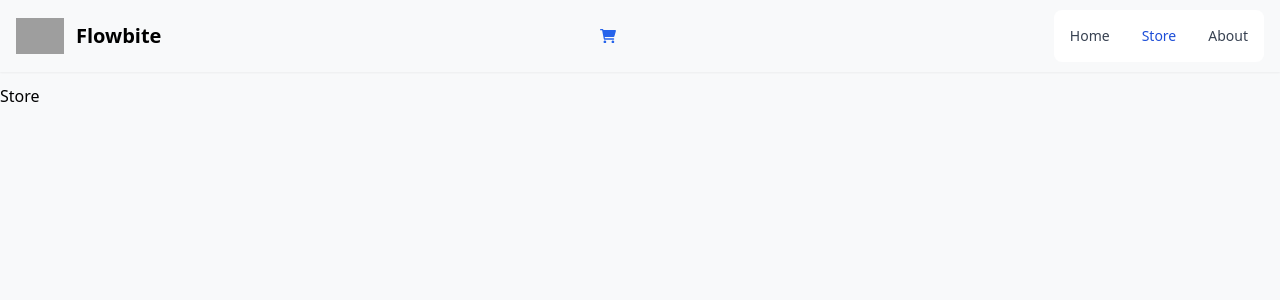
Repository: ducanhaep/react-ts-shopping-cart
Page: /store
An editor plug-in stored every save of this project. The page is shown before and after the next save, followed by the edit.
The browser window is 1280 px wide. The pictures show the whole page.
Pictures or frames that could not be fetched are drawn as grey boxes. The project was rebuilt for these pictures with package versions that can differ from the ones it lists, and the page was loaded fresh each time. Also part of the build but not shown: vite.config.ts, src/pages/About.js, src/pages/Home.js.

Above is the page before, as saved 2023-01-11 17:28:12.

### src/App.tsx
import { Routes, Route } from "react-router-dom";
import { About } from "./pages/About";
import { Home } from "./pages/Home";
import { Store } from "./pages/Store";
import { Navbar } from "./components/Navbar";
function App() {
  return (
    <>
      <Navbar />
      <div className="container mb-4">
        <Routes>
          <Route path="/" element={<Home />} />
          <Route path="/store" element={<Store />} />
          <Route path="/about" element={<About />} />
        </Routes>
      </div>
    </>
  );
}

export default App;

### src/index.css
@tailwind base;
@tailwind components;
@tailwind utilities;
:root {
  font-synthesis: none;
  text-rendering: optimizeLegibility;
  -webkit-font-smoothing: antialiased;
  -moz-osx-font-smoothing: grayscale;
  -webkit-text-size-adjust: 100%;
}

/* Box sizing rules */
*,
*::before,
*::after {
  box-sizing: border-box;
}

/* Remove default margin */
body,
h1,
h2,
h3,
h4,
p,
figure,
blockquote,
dl,
dd {
  margin: 0;
}

/* Remove list styles on ul, ol elements with a list role, which suggests default styling will be removed */
ul[role="list"],
ol[role="list"] {
  list-style: none;
}

/* Set core root defaults */
html:focus-within {
  scroll-behavior: smooth;
}

/* Set core body defaults */
body {
  min-height: 100vh;
  text-rendering: optimizeSpeed;
  line-height: 1.5;
  background-color: #f8f9fa;
}

input,
button,
textarea,
select {
  font: inherit;
}

### src/components/Navbar.tsx
import { Link, NavLink } from "react-router-dom";

export function Navbar() {
  return (
    <div className="shadow-sm mb-3">
      <nav className="containerbg-white border-gray-200 px-2 sm:px-4 py-2.5 rounded dark:bg-gray-900">
        <div className="container flex flex-wrap items-center justify-between mx-auto">
          <a href="#" className="flex items-center">
            <img
              src="https://flowbite.com/docs/images/logo.svg"
              className="h-6 mr-3 sm:h-9"
              alt="Flowbite Logo"
            />
            <span className="self-center text-xl font-semibold whitespace-nowrap dark:text-white">
              Flowbite
            </span>
          </a>
          <button
            data-collapse-toggle="navbar-default"
            type="button"
            // className="inline-flex items-center p-2 ml-3 text-sm text-gray-500 rounded-lg md:hidden hover:bg-gray-100 focus:outline-none focus:ring-2 focus:ring-gray-200 dark:text-gray-400 dark:hover:bg-gray-700 dark:focus:ring-gray-600"
            className="w-4 h-4 text-blue-600"
            aria-controls="navbar-default"
            aria-expanded="false"
          >
            <span className="sr-only">Open main menu</span>
            <svg
              xmlns="http://www.w3.org/2000/svg"
              viewBox="0 0 576 512"
              fill="currentColor"
            >
              <path d="M96 0C107.5 0 117.4 8.19 119.6 19.51L121.1 32H541.8C562.1 32 578.3 52.25 572.6 72.66L518.6 264.7C514.7 278.5 502.1 288 487.8 288H170.7L179.9 336H488C501.3 336 512 346.7 512 360C512 373.3 501.3 384 488 384H159.1C148.5 384 138.6 375.8 136.4 364.5L76.14 48H24C10.75 48 0 37.25 0 24C0 10.75 10.75 0 24 0H96zM128 464C128 437.5 149.5 416 176 416C202.5 416 224 437.5 224 464C224 490.5 202.5 512 176 512C149.5 512 128 490.5 128 464zM512 464C512 490.5 490.5 512 464 512C437.5 512 416 490.5 416 464C416 437.5 437.5 416 464 416C490.5 416 512 437.5 512 464z" />
            </svg>
          </button>
          <div className="hidden w-full md:block md:w-auto" id="navbar-default">
            <ul className="flex flex-col p-4 mt-4 border border-gray-100 rounded-lg bg-gray-50 md:flex-row md:space-x-8 md:mt-0 md:text-sm md:font-medium md:border-0 md:bg-white dark:bg-gray-800 md:dark:bg-gray-900 dark:border-gray-700">
              <li>
                <NavLink
                  to="/"
                  className={({ isActive }) =>
                    isActive
                      ? "text-white bg-blue-700 rounded md:bg-transparent md:text-blue-700 md:p-0 dark:text-white"
                      : "block py-2 pl-3 pr-4 text-gray-700 rounded hover:bg-gray-100 md:hover:bg-transparent md:border-0 md:hover:text-blue-700 md:p-0 dark:text-gray-400 md:dark:hover:text-white dark:hover:bg-gray-700 dark:hover:text-white md:dark:hover:bg-transparent"
                  }
                  aria-current="page"
                >
                  Home
                </NavLink>
              </li>
              <li>
                <NavLink
                  to="store"
                  className={({ isActive }) =>
                    isActive
                      ? "text-white bg-blue-700 rounded md:bg-transparent md:text-blue-700 md:p-0 dark:text-white"
                      : "block py-2 pl-3 pr-4 text-gray-700 rounded hover:bg-gray-100 md:hover:bg-transparent md:border-0 md:hover:text-blue-700 md:p-0 dark:text-gray-400 md:dark:hover:text-white dark:hover:bg-gray-700 dark:hover:text-white md:dark:hover:bg-transparent"
                  }
                >
                  Store
                </NavLink>
              </li>
              <li>
                <NavLink
                  to="about"
                  className={({ isActive }) =>
                    isActive
                      ? "text-white bg-blue-700 rounded md:bg-transparent md:text-blue-700 md:p-0 dark:text-white"
                      : "block py-2 pl-3 pr-4 text-gray-700 rounded hover:bg-gray-100 md:hover:bg-transparent md:border-0 md:hover:text-blue-700 md:p-0 dark:text-gray-400 md:dark:hover:text-white dark:hover:bg-gray-700 dark:hover:text-white md:dark:hover:bg-transparent"
                  }
                >
                  About
                </NavLink>
              </li>
            </ul>
          </div>
        </div>
      </nav>
    </div>
  );
}

### tailwind.config.cjs
/** @type {import('tailwindcss').Config} */
module.exports = {
  content: ["./index.html", "./src/**/*.{js,ts,jsx,tsx}"],
  theme: {
    container: {
      center: true,
    },
    extend: {},
  },
  plugins: [],
};

Loaded but not shown: index.html (common file); src/main.tsx (common file); src/pages/Store.js (common file)

After the next save:
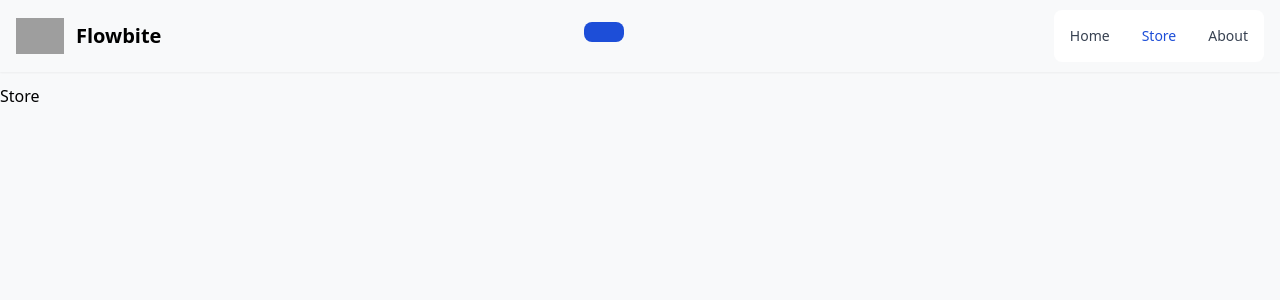
Saved 98 s later.
--- a/src/components/Navbar.tsx
+++ b/src/components/Navbar.tsx
@@ -19,7 +19,7 @@ export function Navbar() {
             data-collapse-toggle="navbar-default"
             type="button"
             // className="inline-flex items-center p-2 ml-3 text-sm text-gray-500 rounded-lg md:hidden hover:bg-gray-100 focus:outline-none focus:ring-2 focus:ring-gray-200 dark:text-gray-400 dark:hover:bg-gray-700 dark:focus:ring-gray-600"
-            className="w-4 h-4 text-blue-600"
+            className="w-4 h-4 text-white bg-blue-700 hover:bg-blue-800 focus:ring-4 focus:ring-blue-300 font-medium rounded-lg text-sm px-5 py-2.5 mr-2 mb-2 dark:bg-blue-600 dark:hover:bg-blue-700 focus:outline-none dark:focus:ring-blue-800"
             aria-controls="navbar-default"
             aria-expanded="false"
           >
